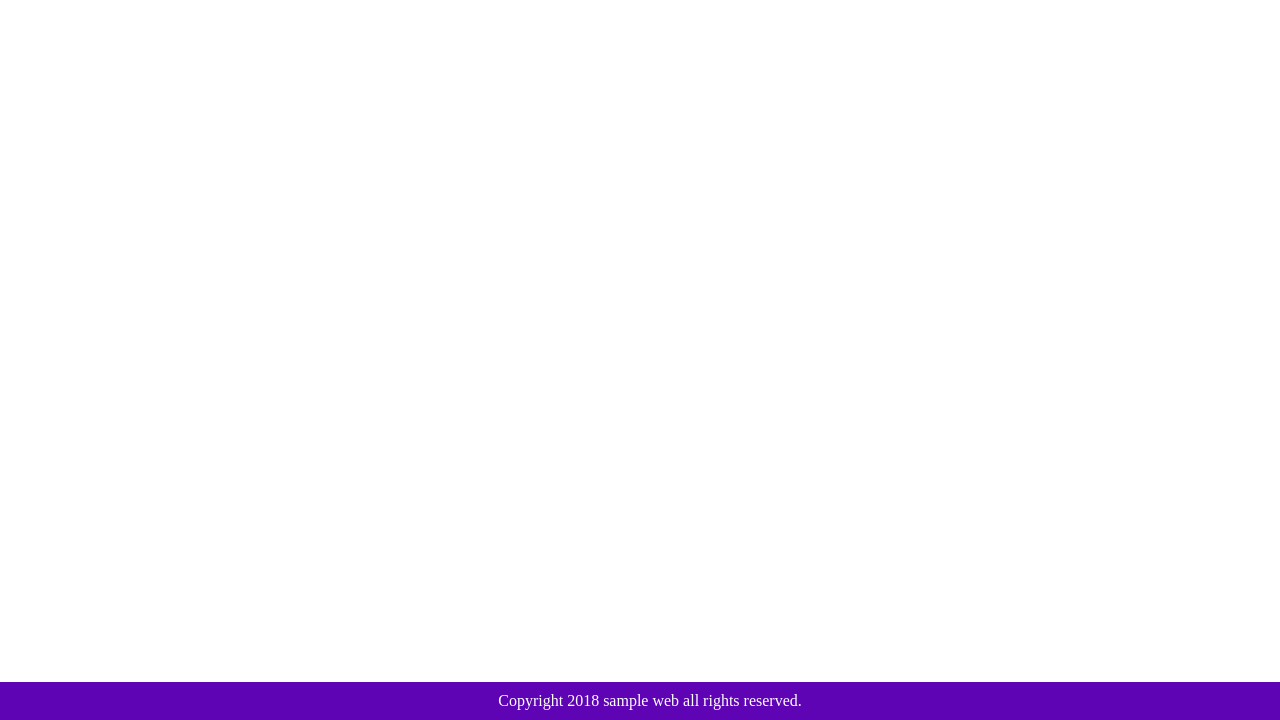
Repository: iuvfag/test
Page: http://localhost/TestSampleWeb/footer.jsp
These files come from the project's save history. The page is drawn as it stood at one moment and after the next save; the edit follows.
The browser window is 1280 px wide. The pictures show the whole page.
Some web libraries are served in a nearby version. The page is served by Tomcat 9. Nobody is signed in. The application's start-up code is not run.

Above is the page before, as saved 2018-08-20 06:31:07.

After the next save:
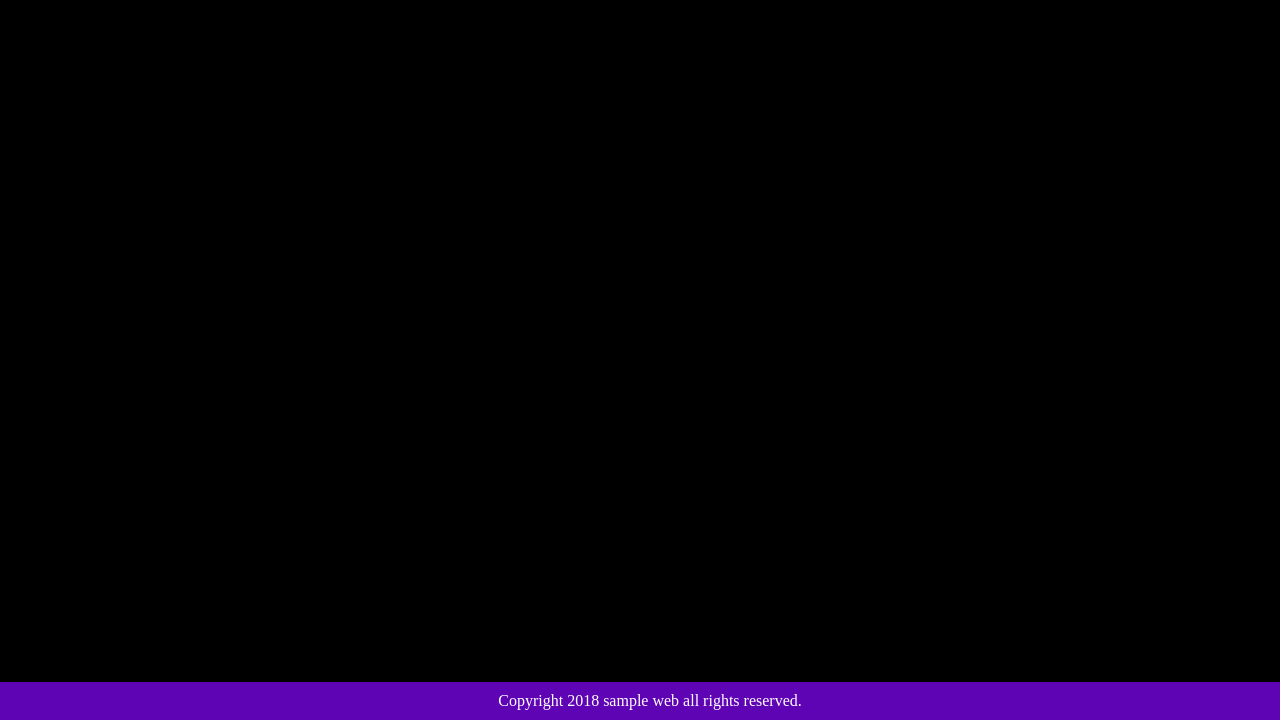
Saved 31 s later.
--- a/TestSampleWeb/WebContent/css/style.css
+++ b/TestSampleWeb/WebContent/css/style.css
@@ -4,6 +4,7 @@
 	padding: 0; /* 余白の削除 */
 	width: 100%;
 	height: 100%;
+	background-color: black;
 }
 
 #header{

After the 2 saves that followed:
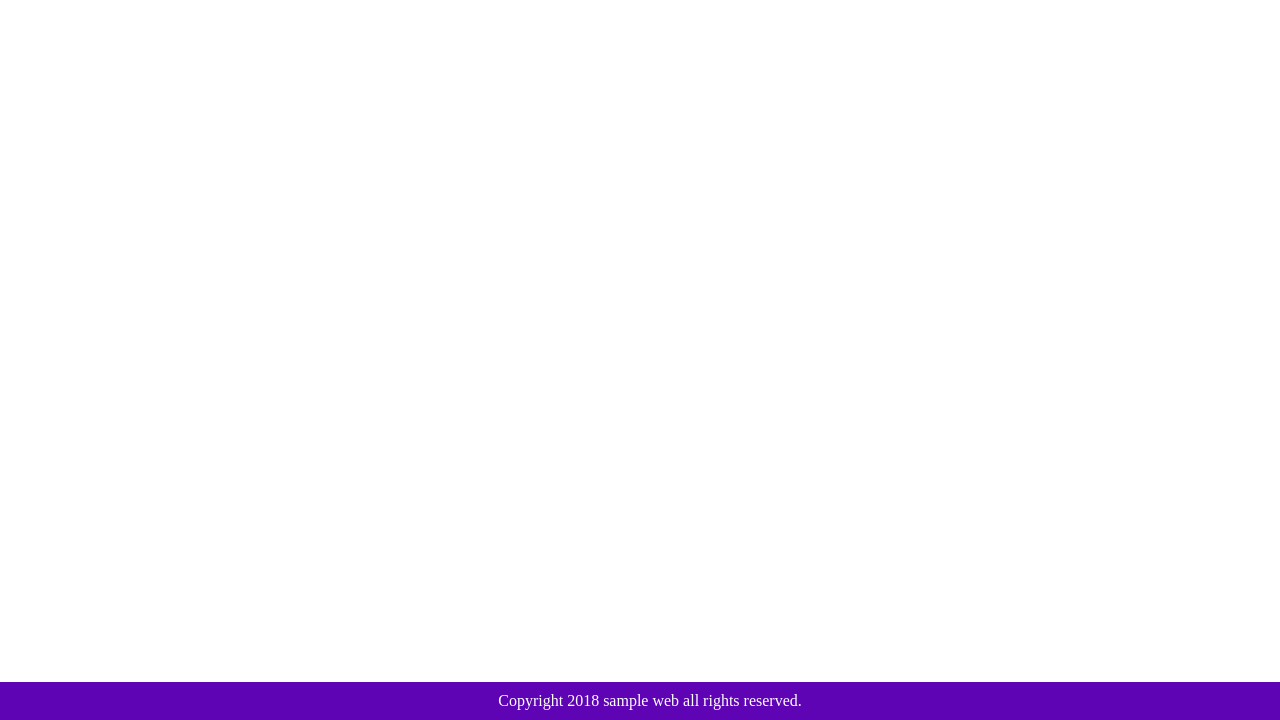
The 2 saves are shown as one change because they came seconds apart.
The last was saved 11 s later.
--- a/TestSampleWeb/WebContent/css/style.css
+++ b/TestSampleWeb/WebContent/css/style.css
@@ -4,7 +4,6 @@
 	padding: 0; /* 余白の削除 */
 	width: 100%;
 	height: 100%;
-	background-color: black;
 }
 
 #header{
